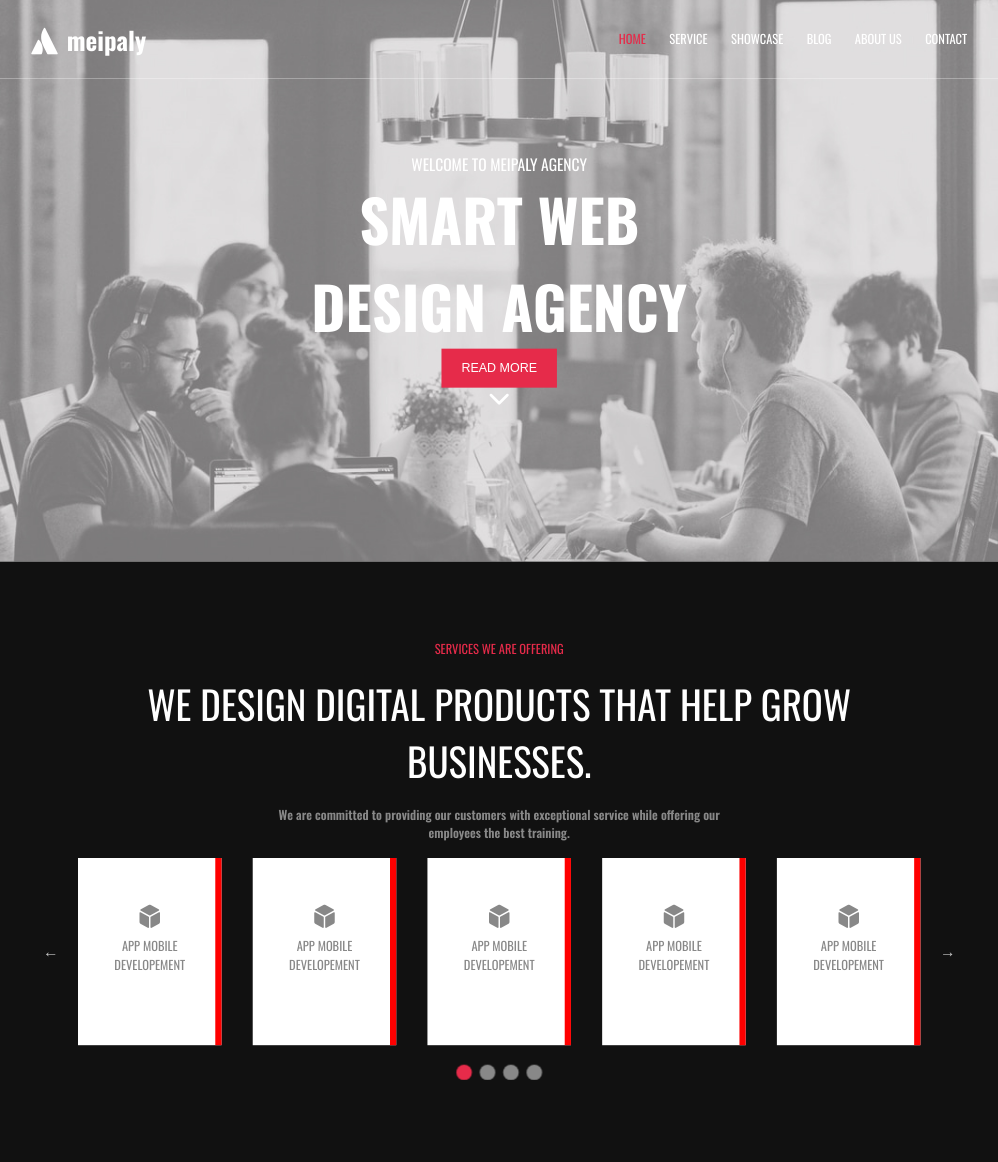
Repository: trminhphuc1504/meipaly
Page: meipaly.html
An editor plug-in stored every save of this project. The page is shown before and after the next save, followed by the edit.
The browser window is 1280 px wide. The pictures show the whole page, at 78% of full size.
Some web fonts or font styles are not loaded; a fallback is used. Some web libraries are served in a nearby version.

Above is the page before, as saved 2024-08-19 20:25:52.

### meipaly.html
<!DOCTYPE html>
<html lang="en">
  <head>
    <meta charset="UTF-8" />
    <meta name="viewport" content="width=device-width, initial-scale=1.0" />

    <!-- Font Awesome -->
    <link
      rel="stylesheet"
      href="https://cdnjs.cloudflare.com/ajax/libs/font-awesome/6.6.0/css/all.min.css"
    />

    <!-- Google font -->
    <link rel="preconnect" href="https://fonts.googleapis.com" />
    <link rel="preconnect" href="https://fonts.gstatic.com" crossorigin />
    <link
      href="https://fonts.googleapis.com/css2?family=Oswald:wght@200..700&display=swap"
      rel="stylesheet"
    />

    <!-- Slick CSS -->
    <link rel="stylesheet" href="./lib/slick/slick.css" />

    <!-- Slick CSS Theme -->
    <!-- Ko bắt buộc -->
    <link rel="stylesheet" href="./lib/slick/slick-theme.css" />

    <link rel="stylesheet" href="./css/meipaly.css" />
    <title>Meipaly</title>
  </head>
  <body>
    <!-- header -->
    <section id="header">
      <div class="container">
        <header>
          <div class="header-logo">
            <i class="fa-brands fa-atlassian"></i> <span>meipaly</span>
          </div>

          <nav class="header-nav">
            <ul>
              <li>
                <a class="active" href="#">Home</a>
              </li>
              <li>
                <a href="#">Service</a>
              </li>
              <li>
                <a href="#">Showcase</a>
              </li>
              <li>
                <a href="#">Blog</a>
              </li>
              <li>
                <a href="#">About Us</a>
              </li>
              <li>
                <a href="#">Contact</a>
              </li>
            </ul>
          </nav>
        </header>
      </div>
    </section>

    <!-- Banner -->
    <section id="banner">
      <div class="banner-content">
        <p class="banner-desc">WELCOME TO MEIPALY AGENCY</p>
        <h1 class="banner-title">
          SMART WEB <br />
          DESIGN AGENCY
        </h1>
        <button class="banner-btn">Read more</button>
        <i class="fa-solid fa-chevron-down banner-icon"></i>
      </div>
    </section>

    <!-- Carousel -->

    <section id="carousel">
      <div class="container">
        <div class="carousel-content">
          <div class="carousel-sub-title">SERVICES WE ARE OFFERING</div>
          <h2 class="carousel-title">
            WE DESIGN DIGITAL PRODUCTS THAT HELP GROW BUSINESSES.
          </h2>
          <p class="carousel-desc">
            We are committed to providing our customers with exceptional service
            while offering our employees the best training.
          </p>

          <div class="carousel-slider">
            <div class="carousel-slider-item">
              <div class="slider-content">
                <i class="fa-solid fa-dice-d6"></i>
                <p>App mobile developement</p>
              </div>
            </div>
            <div class="carousel-slider-item">
              <div class="slider-content">
                <i class="fa-solid fa-dice-d6"></i>
                <p>App mobile developement</p>
              </div>
            </div>
            <div class="carousel-slider-item">
              <div class="slider-content">
                <i class="fa-solid fa-dice-d6"></i>
                <p>App mobile developement</p>
              </div>
            </div>
            <div class="carousel-slider-item">
              <div class="slider-content">
                <i class="fa-solid fa-dice-d6"></i>
                <p>App mobile developement</p>
              </div>
            </div>
            <div class="carousel-slider-item">
              <div class="slider-content">
                <i class="fa-solid fa-dice-d6"></i>
                <p>App mobile developement</p>
              </div>
            </div>
            <div class="carousel-slider-item">
              <div class="slider-content">
                <i class="fa-solid fa-dice-d6"></i>
                <p>App mobile developement</p>
              </div>
            </div>
            <div class="carousel-slider-item">
              <div class="slider-content">
                <i class="fa-solid fa-dice-d6"></i>
                <p>App mobile developement</p>
              </div>
            </div>
            <div class="carousel-slider-item">
              <div class="slider-content">
                <i class="fa-solid fa-dice-d6"></i>
                <p>App mobile developement</p>
              </div>
            </div>
          </div>
        </div>
      </div>

      <!-- <div class="demo-radius"></div> -->
      <!-- <div data-before="10" class="demo-after-before">demo before after</div> -->
    </section>

    <!-- JQuery -->
    <script src="./js/jquery-1.11.0.min.js"></script>

    <!-- Slick JS -->
    <script src="./lib/slick/slick.min.js"></script>

    <script>
      $(".carousel-slider").slick({
        // Chạy vòng tròn
        infinite: true,
        // Số lượng item hiển thị
        slidesToShow: 5,

        // Số lượng item thay đổi khi scroll
        slidesToScroll: 2,

        // Ẩn hiện mũi tên next or prev item
        arrows: true,

        // Tự động chuyển slider
        autoplay: false,

        // Thời gian chuyển slider item (đơn vị ms, 1s = 1000ms)
        autoplaySpeed: 2000,

        dots: true,
      });
    </script>
  </body>
</html>

### css/meipaly.css
/* reset css */
* {
margin: 0;
padding: 0;
box-sizing: border-box;
}

/* reset gạch chân mặc định của thẻ a  */
a{
    text-decoration: none;
}
html{
    font-family: "Oswald", sans-serif;
}

.container{
    max-width: 1200px;
    margin: auto;
    /* background: blue; */
}

/* --------------Header-------------- */
header{
    display: flex;
    justify-content: space-between;
    height: 100px;
    align-items: center;
}

#header{
    position: absolute;
    width: 100%;
    left: 0;
    top:0;
    border-bottom:1px solid rgba(255, 255, 255, 0.4);
}

header .header-logo{
    /* thay đổi hình dạng của con trỏ chuột */
    cursor:pointer ;
}

/* selector chọn những thẻ có class là header-logo nằm trong thẻ header */
header .header-logo span{
 font-size:32px;
 font-weight: 700;
 color:#fff;
 margin-left:  8px;
}

header .header-logo i{
    font-size:34px;
    color: #fff;
}

header .header-nav a{
    text-decoration: none;
    text-transform: uppercase;
    color: #fff;
    /* Xác định thuộc tính thay đổi */
    /* transition: all; */

    /* Thời gian thực hiện chuyển động thay đổi */
    /* transition-duration: 0.3s; */

    /* Hiệu ứng thay đổi */
    /* transition-timing-function: ease-in-out; */

    /* Cú pháp rút gọn */
    transition: all 0.3s ease-in-out;
}
/* hover: bắt sự kiện khi rê chuột vào thẻ a */
header .header-nav a:hover{
color: #e62b4a;
}
/* C1 */
/* header .header-nav li {
    display: inline;
    margin: 30px;
} */

/* C2: Sử dụng flex */
header .header-nav ul{
    /* bỏ đi đánh dấu của thẻ ul li */
    list-style: none;
    display: flex;
    /* chỉnh khoảng cách giữa các flex items */
    gap: 30px;
}
/* C1: thêm class active vào thẻ a ở file html */
/* Seclector tới thẻ a có class active nằm trong header-nav và trong header */
header .header-nav a.active{
    color: #e62b4a;
}

/* C2 */
/* Selector tới thẻ a trong thẻ con li đầu tiên của thẻ ul */
/* nth-child():lựa chọn tới thẻ con bất kì */
/* header .header-nav ul li:first-child{
    color: #e62b4a;
} */

#banner{
        /* Dùng hình ảnh để làm hình nền  */
        background:url(../img/home_slider.jpg);
        /*Tránh trường hợp lặp lại hình*/
        background-repeat: no-repeat;
        /* Chỉnh kích thước của hình nền */
        /* cover:chiếm hết toàn bộ kích thước của thẻ cha */
        /* contain: Giữ nguyên kích thước của hình*/
        background-size: cover;
        /* Chỉnh sửa vị trí của hình background */
        background-position: center;

        /* Cú pháp viết gọn */
        /* background:url(../img/home_slider.jpg) no-repeat center / cover; */
}



/* Banner */
/* Căn giữa nội dụng */
/* C1: flex box */
#banner .banner-content{
    display: flex;
    flex-direction: column;
    justify-content: center;
    align-items: center;
    height:100vh;
}

#banner .banner-content .banner-icon{
    color:#fff;
    font-size: 28px;

    /* Tên của animation đang muốn áp dụng vào */
    animation-name: fadeDown;

    /* Kiểu chuyển động của animation */
    animation-timing-function: linear;

    /* Thời gian thực hiện của animation */
    animation-duration: 1s;

    animation-fill-mode: both;

    /* Thời gian chờ trước khi animation đc thực hiện */
    animation-delay: 1s;

    /* Số lần animation đc thực hiện */
    animation-iteration-count: infinite;


    /* Cú pháp rút gọn: */
    /* animation:fadeDown 1s linear infinite; */
}

/* C2:Position */
/* #banner{
    position: relative;
} */

/* #banner .banner-content{
    position: absolute;
    top:50%;
    left:50%;
    transform: translate(-50%,-50%);
    margin-top:79px;
    text-align: center;
    background-color: #111;
} */

#banner .banner-content .banner-desc{
    color: white;
    font-size: 20px;

}

#banner .banner-content .banner-title{
    color: white;
    font-size: 75px;
    max-width: 500px;
    text-align: center;
}



#banner .banner-content .banner-btn{
    background-color: rgb(230, 43, 74);
    padding: 14px 24px;
    text-transform: uppercase;
    color: #fff;
    font-size: 16px;
    font-weight: 400;
    cursor: pointer;
    outline: none;
    border: 2px solid transparent;
    transition: all 0.3s ease-in-out;
}

#banner .banner-content .banner-btn:hover{
    /* Giá trị cuối cùng (alpha) từ 0-1 giá trị càng nhỏ thì càng đậm */
    /* background-color: rgb(230, 43, 74); */
    background: rgb(230, 43, 74 ,0.6);
}

/* Tạo animation */
/* @keyframe */
@keyframes fadeDown {
    from{
        /* thuộc tính của trang thái bắt đầu */
        opacity: 1;
        transform: translateY(0);
    }
    to{
        /* thuộc tính ở trạng thái khết thúc */
        opacity: 0;
        transform: translateY(50px);
    }
}


/* Carousel */
#carousel{
    padding: 100px 80px;
    background-color:#111;
}

#carousel .carousel-content {
    text-align: center;

}

#carousel .carousel-content .carousel-sub-title{
    color:#e62b4a
}

#carousel .carousel-content .carousel-title{
    font-size: 50px;
    font-weight: 400;
    color:#fff;
    padding: 20px 60px;
}

#carousel .carousel-content .carousel-desc{
    font-size: 16px;
    font-weight: 600;
    color: #888;
    /* padding: 0 60px; */
    /* Độ rộng lớn nhất 600px */
    max-width: 600px;
    /* Căn giữa */
    margin: auto;
}



#carousel .carousel-slider-item{
    padding:20px;
    /* background-color:#fff; */
    /* background:#fff; */
}

#carousel .carousel-slider-item .slider-content{
    padding: 60px 30px;
    background:#fff;
}


#carousel .carousel-slider-item p{
    height: 80px;

    text-transform: uppercase;
    color:#888888;
}

#carousel .carousel-slider-item i{
    font-size: 30px;
    color:#888888;
    margin-bottom:10px;
}

#carousel .carousel-slider-item .slider-content{
    position: relative;
}


#carousel .carousel-slider-item .slider-content::after{
    content:' ';
    display: block;
    width: 8px;
    height:100%;
    position: absolute;
    top:0;
    right: 0;
    background:red;
}




/* ghi đè CSS thư viện slick */
.carousel-slider .slick-dots li button{
    background:#888;
    border-radius: 50%;
}

.carousel-slider .slick-dots li button::before{
    content:' ';
}


.carousel-slider .slick-dots li button:hover{
    background:#fff;
    /* làm mượt hiệu ứng */
    transition: all 0.3s linear;
}

/* selector tới thẻ li phải có class slick-active */
.carousel-slider .slick-dots li.slick-active button{
    background:#e62b4a;
}

.demo-radius {
    width: 100px;
    height: 100px;
    background: green;
    border-radius: 50%;
    /* border-radius: 10px 0 10px 0; */
}

/* before or after giúp thêm nội dung vào phía trước hoặc sau 1 thẻ html */

/* Thêm trước thẻ */
.demo-after-before::before {
    /* content: 'Hello BC73';÷ */
    content: attr(data-before);
}


/* Thêm sau thẻ */
.demo-after-before::after {
    content: '....Aferr....';
}

Loaded but not shown: lib/slick/slick.css (common file); lib/slick/slick-theme.css (library); js/jquery-1.11.0.min.js (library); lib/slick/slick.min.js (library)

After the next save:
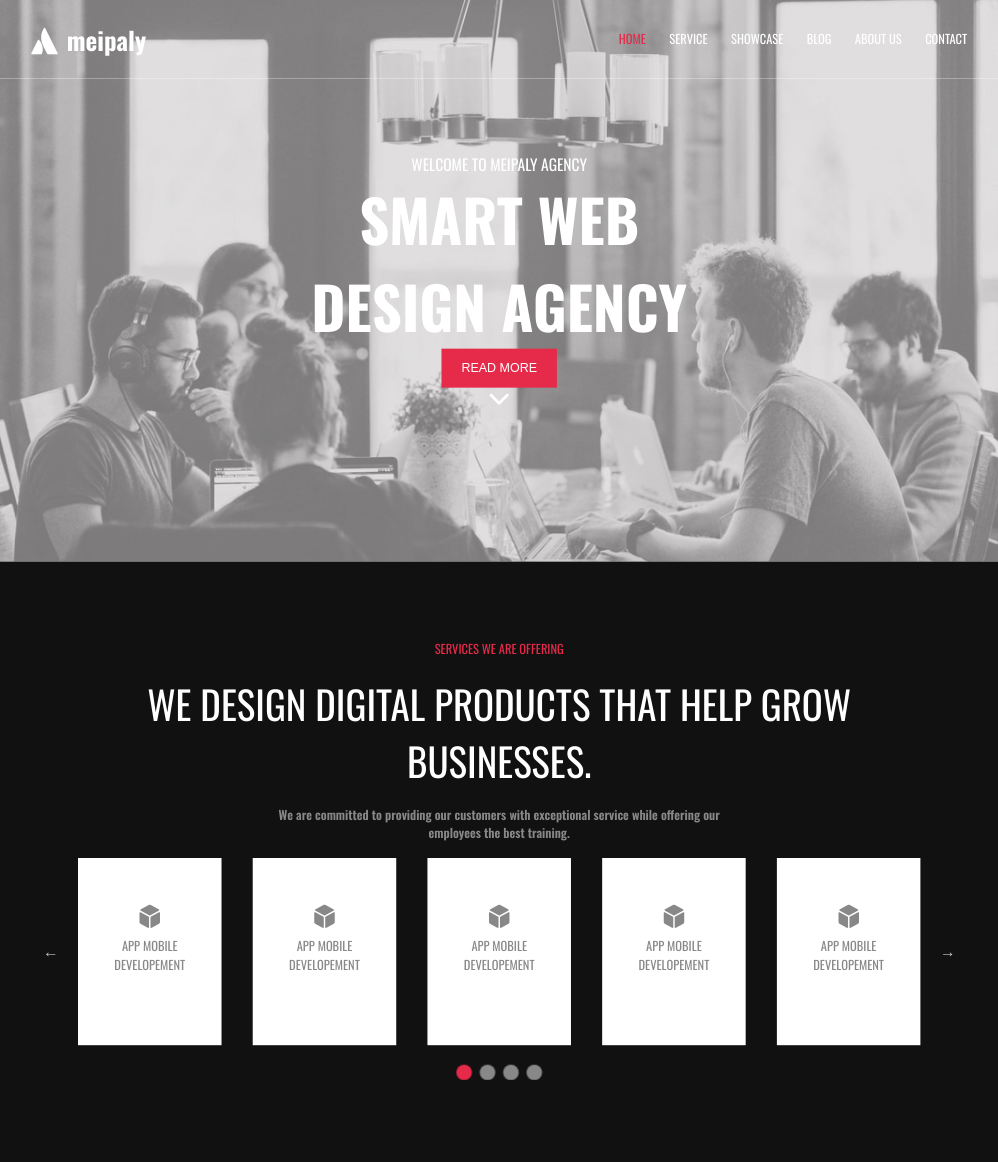
Saved 2 min 4 s later.
--- a/css/meipaly.css
+++ b/css/meipaly.css
@@ -287,7 +287,8 @@
 
 #carousel .carousel-slider-item .slider-content::after{
     content:' ';
-    display: block;
+    /*  */
+    display: none;
     width: 8px;
     height:100%;
     position: absolute;
@@ -296,7 +297,9 @@
     background:red;
 }
 
-
+#carousel .carousel-slider-item .slider-content:hover{
+
+}
 
 
 /* ghi đè CSS thư viện slick */
